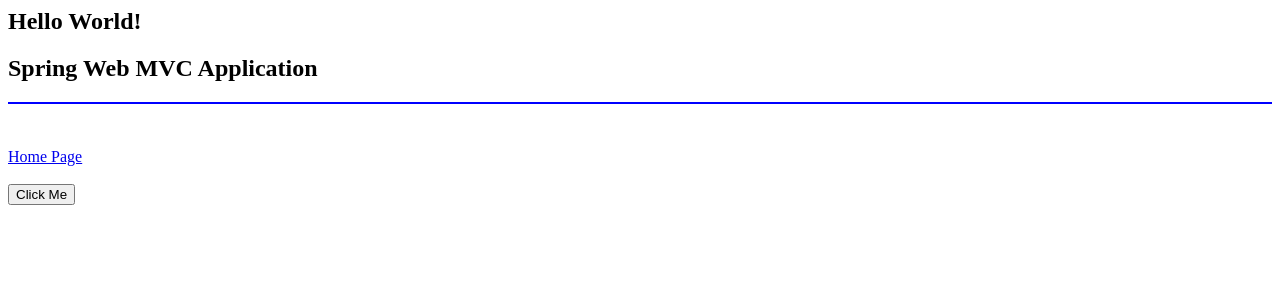
Repository: bharatiba/spring-training
Page: http://localhost/spring-web/
The author's editor kept a copy of each file at every save. The page is drawn from the files as they stood at one save, then again after the next save.
The browser window is 1280 px wide. The pictures show the whole page.
The page is served by Tomcat 9. Other server files are loaded and not shown.

Above is the page before, as saved 2022-03-01 11:05:23.

### spring-web/src/main/webapp/index.jsp
<html>
<body>
<h2>Hello World!</h2>
<div>

<h2>Spring Web MVC Application</h2>
<hr color="blue">
<br><br>
<a href="Hello">Home Page</a>
<br><br>

<button onclick="Hello()"> Click Me </button>

<script>

function Hello()

{

alert("Hi");
}
</script>







</div>
</body>
</html>

After the next save:
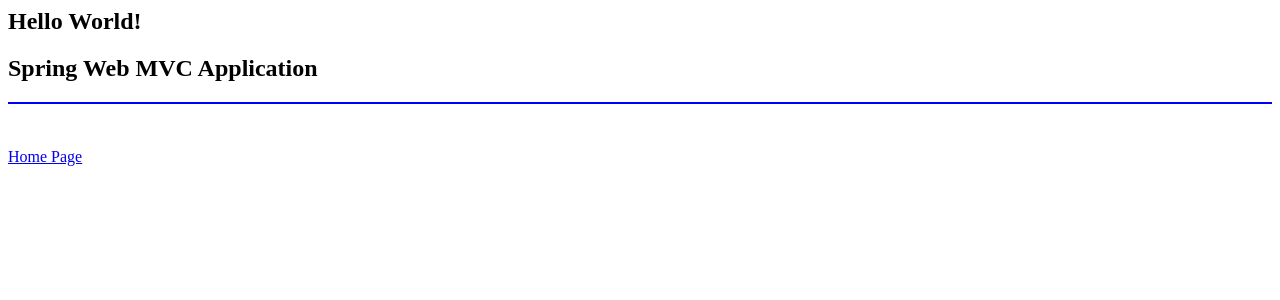
Saved 7 s later.
--- a/spring-web/src/main/webapp/index.jsp
+++ b/spring-web/src/main/webapp/index.jsp
@@ -9,18 +9,6 @@
 <a href="Hello">Home Page</a>
 <br><br>
 
-<button onclick="Hello()"> Click Me </button>
-
-<script>
-
-function Hello()
-
-{
-
-alert("Hi");
-}
-</script>
-
 
 
 
